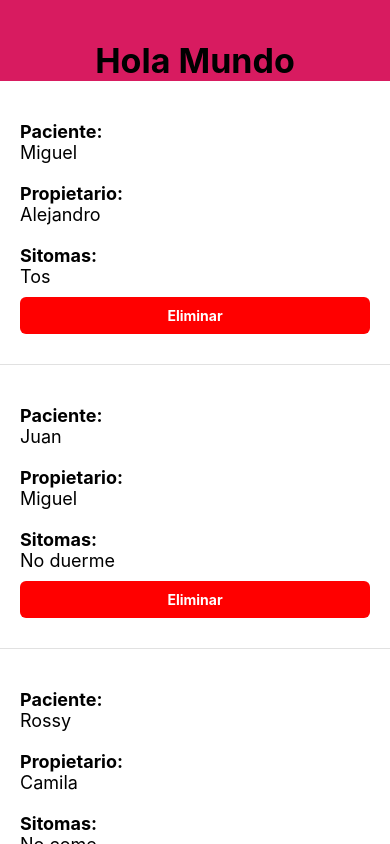
Repository: AleMicky/citas
Screen: /
These files come from the project's save history. The screen is drawn as it stood at one moment and after the next save; the edit follows.
An inner scrolling area shows only its first screen. The app was drawn by React Native's web renderer in a window 390 px wide. The project was rebuilt for these pictures with package versions that can differ from the ones it lists, and the page was loaded fresh each time.

Above is the screen before, as saved 2020-06-27 00:49:32.

### App.js
import React from 'react'
import { View, Text, StyleSheet, FlatList } from 'react-native'
import Cita from './src/components/Cita';

export default function App() {

  const [citas, setCitas] = React.useState([
      { id:'1', paciente:'Miguel', propietario:'Alejandro', sitomas: 'Tos' },
      { id:'2', paciente:'Juan', propietario:'Miguel', sitomas: 'No duerme' },
      { id:'3', paciente:'Rossy', propietario:'Camila', sitomas: 'No come' }
  ]);

   const eliminarPaciente = id => {
      setCitas((citasActuales) =>{
        return citasActuales.filter(citas => citas.id != id)
      })
   }
  return (
    <View style={styles.contenedor}>
        <Text style={styles.titulo}>Hola Mundo</Text>
        <FlatList data = {citas}
                  renderItem = {({item}) => (<Cita item = {item} eliminarPaciente = {eliminarPaciente}/>)}
                  keyExtractor = {citas => citas.id}
          />
    </View>
  )
}

const styles = StyleSheet.create({
  contenedor:{
    flex:1,
    backgroundColor:'#d81b60'
  },
  titulo:{
    marginTop:40,
    fontSize: 34,
    fontWeight:'bold',
    textAlign:'center'
  }
})

### src/components/Cita.js
import React from 'react';
import { Text, StyleSheet, View, TouchableOpacity } from 'react-native';

const Cita = ({ item, eliminarPaciente }) => {

    const { id, paciente, propietario, sitomas  } = item;

    const dialogoEliminar = id => {
        eliminarPaciente(id);
    }

    return (
        <View style={styles.cita}>
            <View>
                <Text style={styles.lebel}>Paciente: </Text>
                <Text style={styles.texto}>{paciente}</Text>
            </View>
            <View>
                <Text style={styles.lebel}>Propietario: </Text>
                <Text style={styles.texto}>{propietario}</Text>
            </View>
            <View>
                <Text style={styles.lebel}>Sitomas: </Text>
                <Text style={styles.texto}>{sitomas}</Text>
            </View>
            <View>
                <TouchableOpacity onPress={() => dialogoEliminar(id)} style={styles.butonEliminar}>
                        <Text style={styles.textoELiminar}>Eliminar</Text>
                </TouchableOpacity>
            </View>
        </View>
    );
}
const styles = StyleSheet.create({
    cita:{
        backgroundColor:'#fff',
        borderBottomColor:"#e1e1e1",
        borderStyle:'solid',
        borderBottomWidth: 1,
        paddingVertical:20,
        paddingHorizontal:20,
    },
    lebel:{
        fontWeight:'bold',
        fontSize:18,
        marginTop:20
    },
    texto:{
        fontSize:18,
    },
    butonEliminar:{
        borderRadius: 6,
        padding:10,
        backgroundColor:'red',
        marginVertical:10,

    },
    textoELiminar:{
        color:'#fff',
        fontWeight:'bold',
        textAlign:'center'
    }
})
export default Cita;

After the next save:
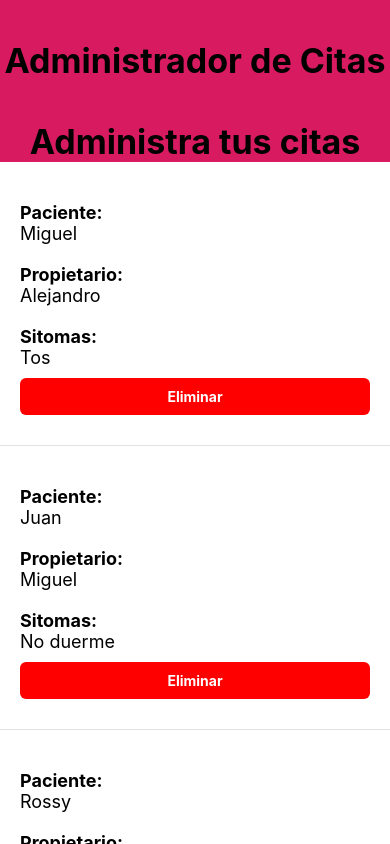
Saved 93 s later.
--- a/App.js
+++ b/App.js
@@ -17,7 +17,8 @@ export default function App() {
    }
   return (
     <View style={styles.contenedor}>
-        <Text style={styles.titulo}>Hola Mundo</Text>
+        <Text style={styles.titulo}>Administrador de Citas</Text>
+        <Text style={styles.titulo}>Administra tus citas</Text>
         <FlatList data = {citas}
                   renderItem = {({item}) => (<Cita item = {item} eliminarPaciente = {eliminarPaciente}/>)}
                   keyExtractor = {citas => citas.id}
